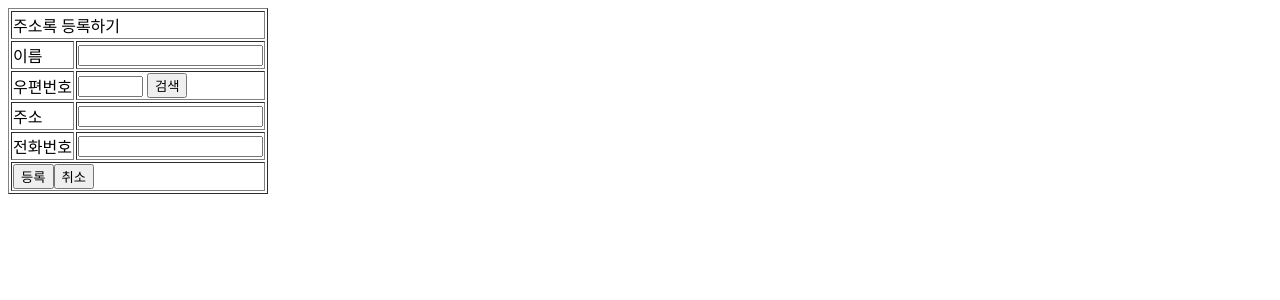
Repository: LEENYAMNYAM/JSP
Page: http://localhost/JSP_Project/address/insert.jsp
An editor plug-in stored every save of this project. The page is shown before and after the next save, followed by the edit.
The browser window is 1280 px wide. The pictures show the whole page.
The page is served by Tomcat 9. Other server files are loaded and not shown.

Above is the page before, as saved 2025-02-28 01:15:09.

### JSP_Project/src/main/webapp/address/insert.jsp
<%@ page language="java" contentType="text/html; charset=UTF-8"
    pageEncoding="UTF-8"%>
<!DOCTYPE html>
<html>
<head>
<meta charset="UTF-8">
<title>Insert title here</title>
</head>
<body>

<a urf=""></a>
<table border=1>
	<tr>
		<td colspan="2"> 주소록 등록하기</td>
	</tr>
	<tr>
		<td> 이름 </td>
		<td><input type='text' name="name" id="name"></td>
	</tr>
	<tr>
		<td> 우편번호 </td>
		<td><input type='text' size = 5 name="postalCode" id="postalCode">
			<button type="button"> 검색 </button></td>
	</tr>
	<tr>
		<td> 주소 </td>
		<td><input type='text' size = 20 name="addr" id="addr"></td>
	</tr>
	<tr>
		<td> 전화번호 </td>
		<td><input type="tel" name="tel" id="tel"></td>
	</tr>
	<tr>
		<td colspan="2"><input type="button" value="등록"><input type="button" value="취소"></td>
	</tr>
</table>

</body>
</html>

After the next save:
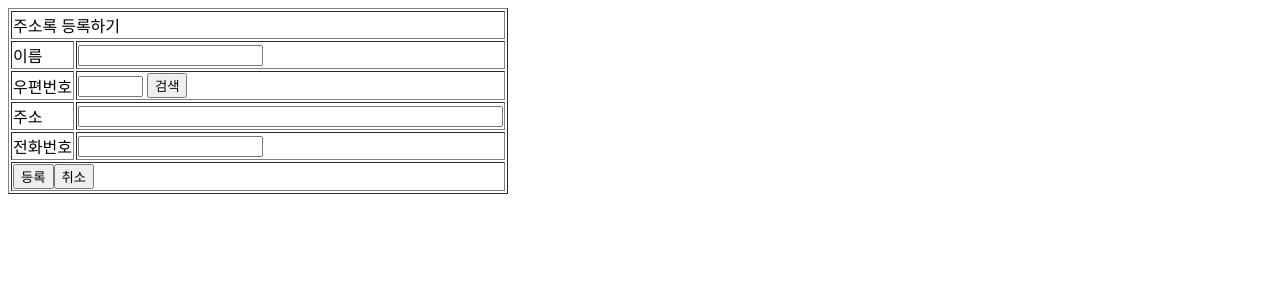
Saved 15 s later.
--- a/JSP_Project/src/main/webapp/address/insert.jsp
+++ b/JSP_Project/src/main/webapp/address/insert.jsp
@@ -24,7 +24,7 @@
 	</tr>
 	<tr>
 		<td> 주소 </td>
-		<td><input type='text' size = 20 name="addr" id="addr"></td>
+		<td><input type='text' size = 50 name="addr" id="addr"></td>
 	</tr>
 	<tr>
 		<td> 전화번호 </td>
